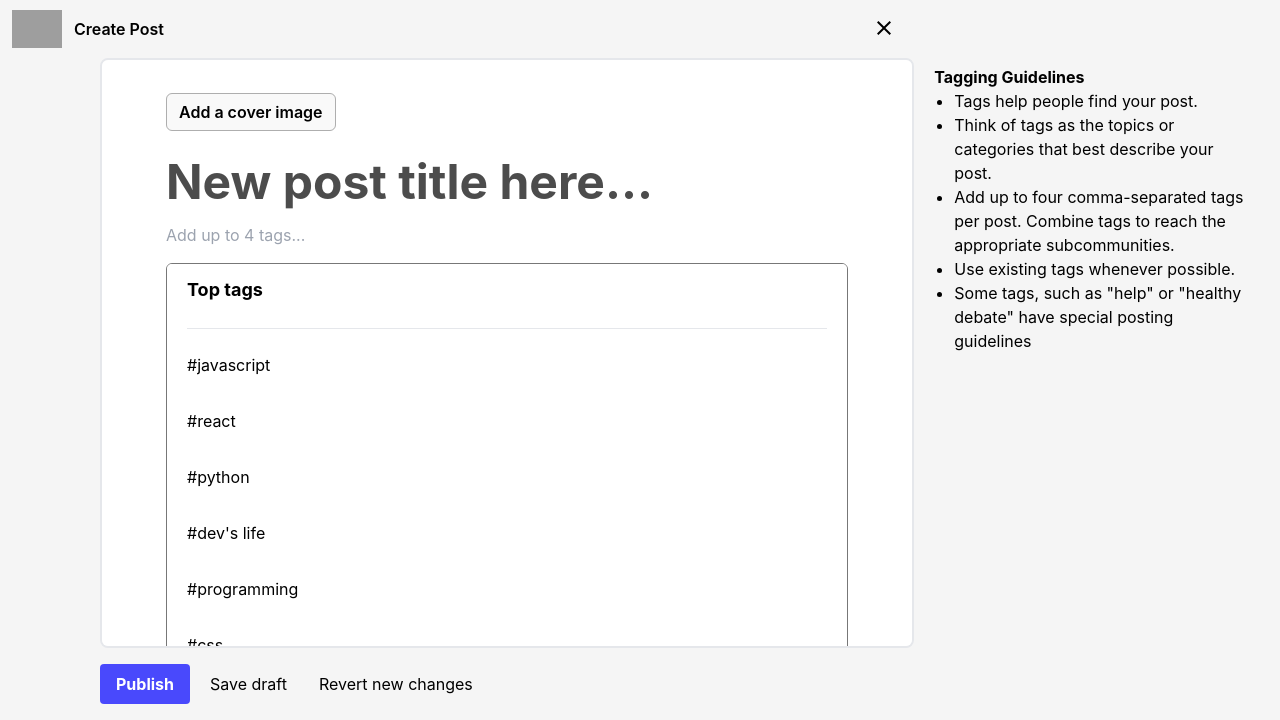
Repository: dat-nguyen-2001/Dev.to
Page: /new (app in client/)
An editor plug-in stored every save of this project. The page is shown before and after the next save, followed by the edit.
The browser window is 1280 px wide. The pictures show the whole page.
Pictures or frames that could not be fetched are drawn as grey boxes. An inner scrolling area shows only its first screen. The project was rebuilt for these pictures with package versions that can differ from the ones it lists, and the page was loaded fresh each time. Also part of the build but not shown: client/src/components/Footer.tsx, client/src/components/nav/GuestNav.tsx, client/src/components/nav/NavBar.tsx, client/src/components/Layout.tsx, client/src/pages/about.tsx, client/src/components/SignInForm.tsx, client/src/components/SignInPlatform.tsx, client/src/pages/enter.tsx and 1 more.

Above is the page before, as saved 2022-09-25 12:03:40.

After the next save:
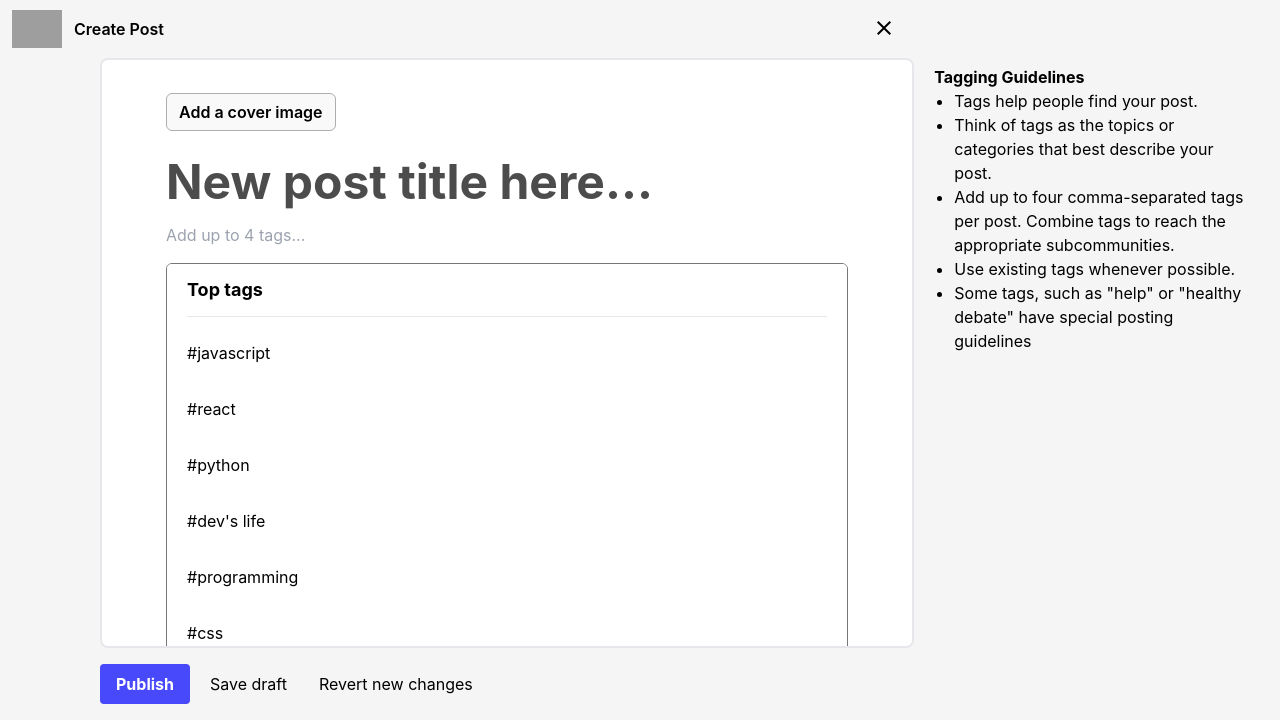
Saved 23 s later.
--- a/client/src/pages/new.tsx
+++ b/client/src/pages/new.tsx
@@ -76,7 +76,7 @@ const New = () => {
                     <form className='relative'>
                         <input placeholder='Add up to 4 tags...' className='w-full outline-none' />
                         <div className='z-[100] absolute top-10 flex flex-col space-y-3 px-5 bg-white w-full border-[.1em] border-solid border-[#777] rounded-md max-h-[500px] overflow-y-auto'>
-                            <h2 className='text-lg font-bold py-3'>Top tags</h2>
+                            <h2 className='text-lg font-bold pt-3'>Top tags</h2>
                             <hr></hr>
                             <ul className='flex flex-col space-y-2 cursor-pointer'>
                                 {tags.map(tag => (
